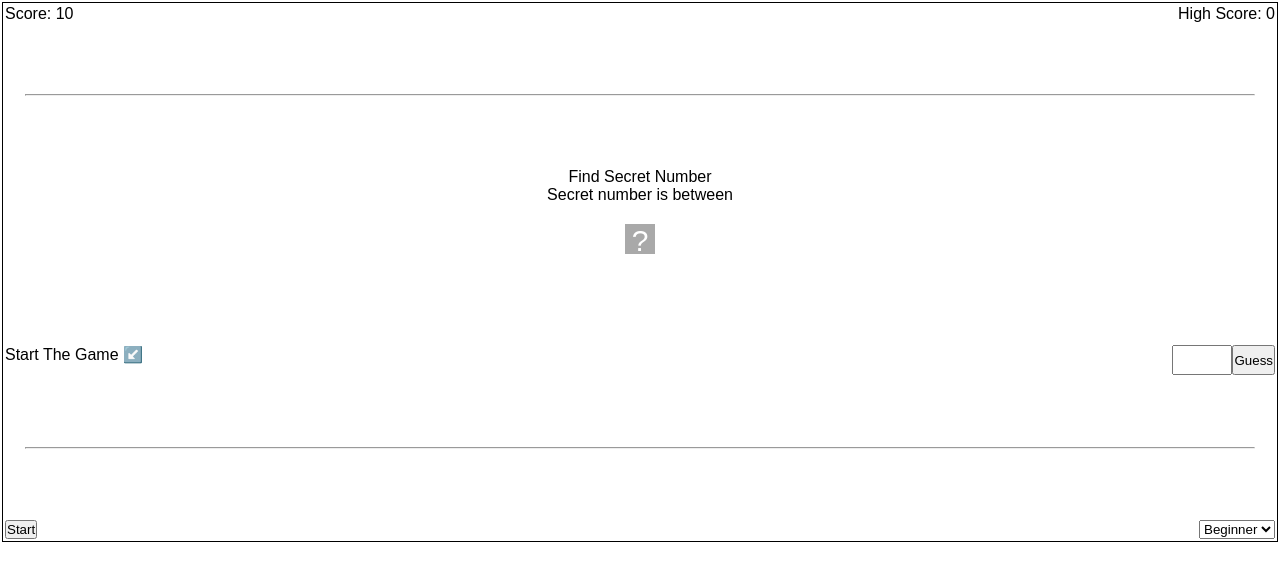
Repository: baziz22/Vanilla_JS_Projects
Page: secret_number/index.html
These files come from the project's save history. The page is drawn as it stood at one moment and after the next save; the edit follows.
The browser window is 1280 px wide. The pictures show the whole page.

Above is the page before, as saved 2022-02-19 23:29:44.
Console error: SyntaxError: Identifier 'score' has already been declared

After the next save:
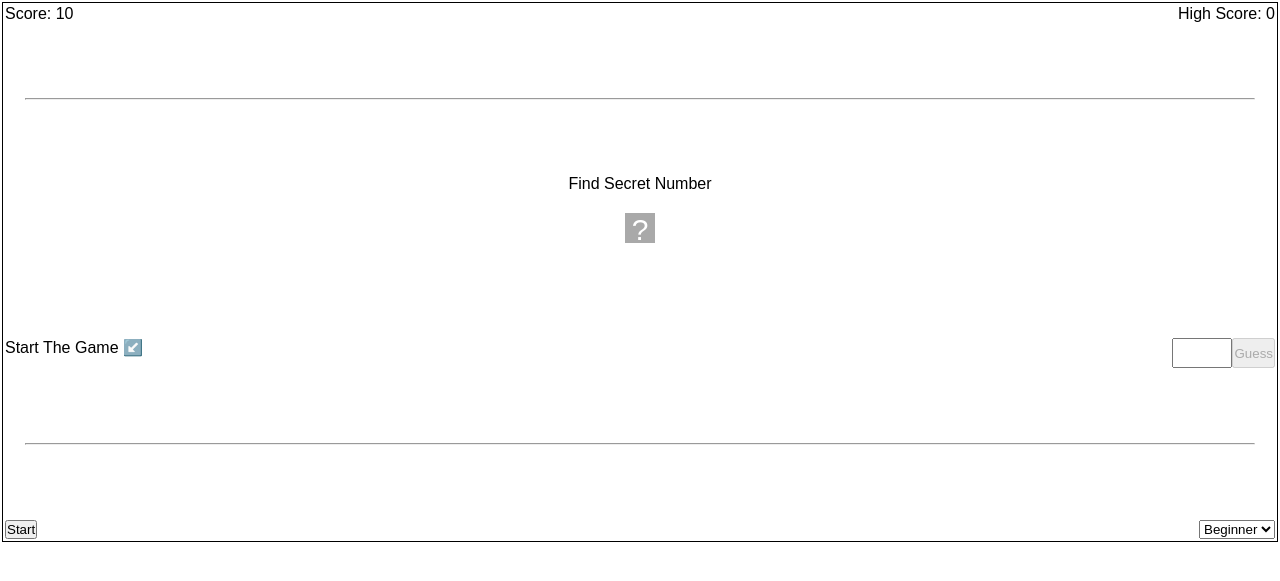
Console error: ReferenceError: userInput is not defined
Saved 31 s later.
--- a/secret_number/secret_number.js
+++ b/secret_number/secret_number.js
@@ -68,13 +68,6 @@ let level = document.getElementById('level');
 let guess_btn = document.getElementById('guess-btn');
 let rules = document.getElementById('rules');
 
-const score = document.getElementById('max-score');
-
-/* High Score */
-let highScoreCalc = 0;
-let highScore = document.getElementById('high-score');
-highScore.textContent = highScoreCalc;
-
 guess_btn.addEventListener('click', gameProcessing);
 function gameProcessing() {
   const userInput = Number(document.querySelector('.guess-box').value);
